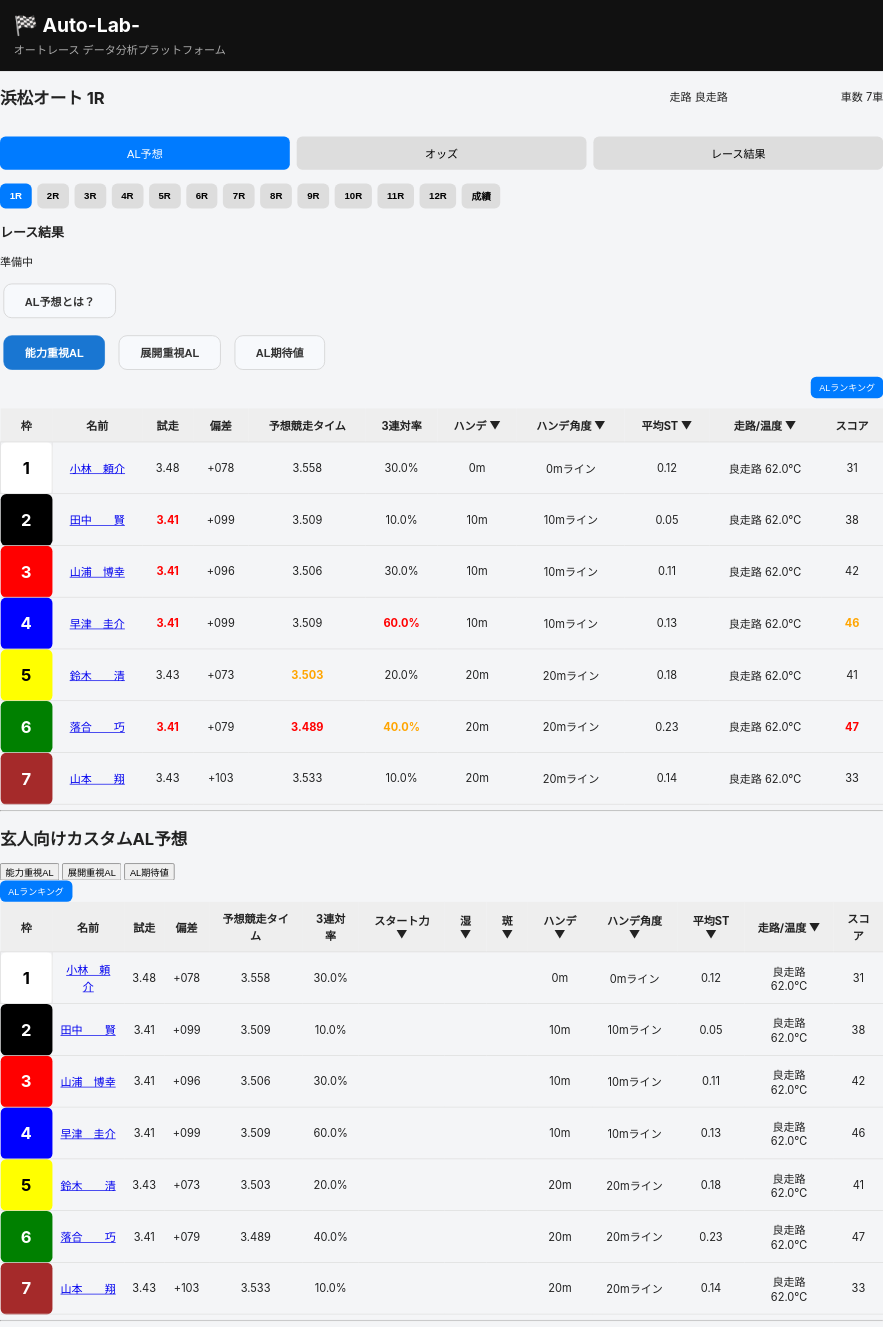
Repository: autorace-lab/Auto-Lab--main
Page: race.html
The author's editor kept a copy of each file at every save. The page is drawn from the files as they stood at one save, then again after the next save.
The browser window is 1280 px wide. The pictures show the whole page, at 69% of full size.

Above is the page before, as saved 2026-08-09 18:31:36.

After the next save:
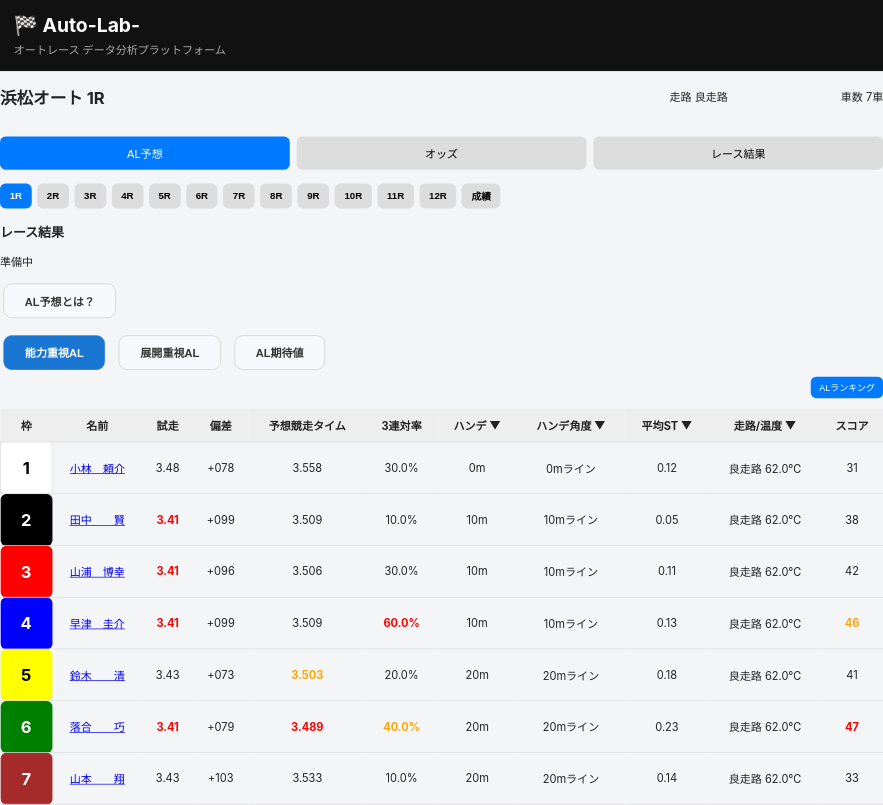
Saved 3 h 13 min later.
--- a/race.html
+++ b/race.html
@@ -336,8 +336,6 @@ onclick="toggleHandicapAngle()">
     ALランキング
 </button>
 
-    </div>
-
 
 <table>
 <thead>
@@ -440,6 +438,56 @@ onclick="toggleCustomAbilityRank()">
 
 <table>
 
+<thead>
+<tr>
+<th>枠</th>
+<th>名前</th>
+<th>試走</th>
+<th>偏差</th>
+<th>予想競走タイム</th>
+<th>3連対率</th>
+<th>スタート力 ▼</th>
+<th>湿 ▼</th>
+<th>斑 ▼</th>
+<th class="custom-handicap-header" onclick="toggleCustomHandicap()">
+    ハンデ ▼
+</th>
+
+<th class="custom-handicap-angle-header" onclick="toggleCustomHandicapAngle()">
+    ハンデ角度 ▼
+</th>
+
+<th class="custom-st-header" onclick="toggleCustomST()">
+    平均ST ▼
+</th>
+
+<th class="custom-temp-header" onclick="toggleCustomTemperature()">
+    走路/温度 ▼
+</th>
+<th>スコア</th>
+</tr>
+</thead>
+
+<tbody id="customAbilityTable">
+</tbody>
+
+</table>
+
+</div>
+
+<div id="customDevelopment"
+class="custom-al-page"
+style="display:none;">
+  <button class="rank-btn"
+id="customDevelopmentRankBtn"
+onclick="toggleCustomDevelopmentRank()">
+    ALランキング
+</button>
+
+
+
+
+<table>
 <thead>
 <tr>
 <th>枠</th>
@@ -469,55 +517,6 @@ onclick="toggleHandicapAngle()">
 </tr>
 </thead>
 
-<tbody id="customAbilityTable">
-</tbody>
-
-</table>
-
-</div>
-
-<div id="customDevelopment"
-class="custom-al-page"
-style="display:none;">
-  <button class="rank-btn"
-id="customDevelopmentRankBtn"
-onclick="toggleCustomDevelopmentRank()">
-    ALランキング
-</button>
-
-
-
-
-<table>
-<thead>
-<tr>
-<th>枠</th>
-<th>名前</th>
-<th>試走</th>
-<th>偏差</th>
-<th>予想競走タイム</th>
-<th>3連対率</th>
-<th>スタート力 ▼</th>
-<th>湿 ▼</th>
-<th>斑 ▼</th>
-<th class="handicap-header" onclick="toggleHandicap()">
-    ハンデ ▼
-</th>
-<th class="handicap-angle-header"
-onclick="toggleHandicapAngle()">
-ハンデ角度 ▼
-</th>
-
-<th class="st-header" onclick="toggleST()">
-    平均ST ▼
-</th>
-<th class="temp-header" onclick="toggleTemperature()">
-    走路/温度 ▼
-</th>
-<th>スコア</th>
-</tr>
-</thead>
-
 <tbody id="customDevelopmentTable">
 </tbody>
 
